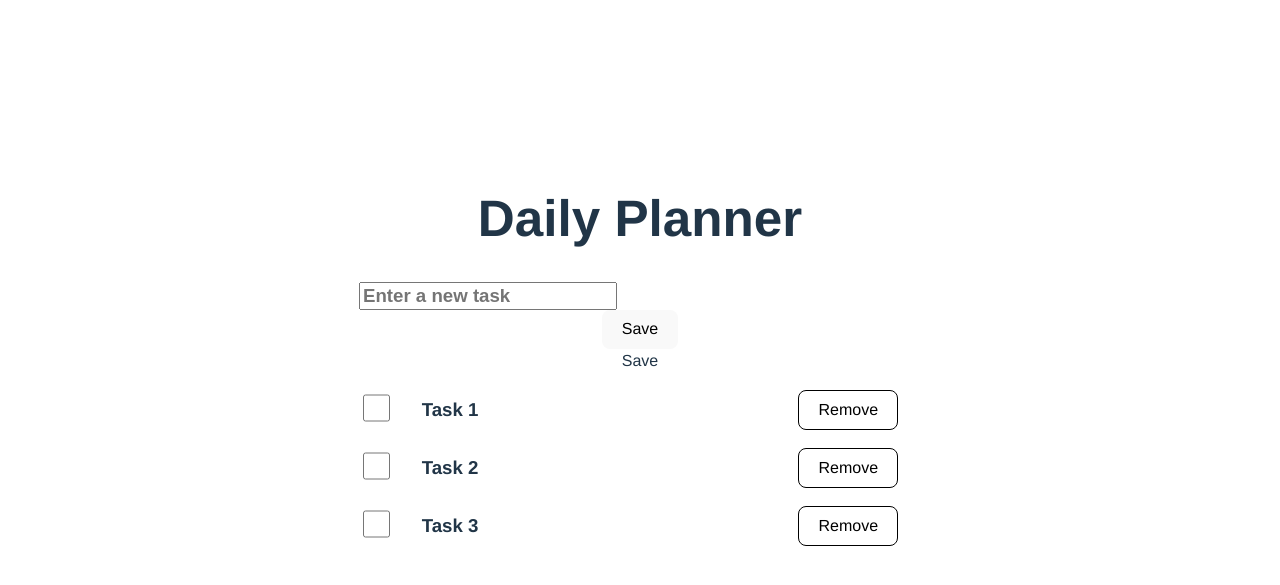
Repository: MonicaNguyenH/Frontend_Assignment6
Page: / (app in react/)
The author's editor kept a copy of each file at every save. The page is drawn from the files as they stood at one save, then again after the next save.
The browser window is 1280 px wide. The pictures show the whole page.
The project was rebuilt for these pictures with package versions that can differ from the ones it lists, and the page was loaded fresh each time. Also part of the build but not shown: react/vite.config.js.

Above is the page before, as saved 2024-10-10 23:53:43.

### react/src/App.jsx
// import { useState } from 'react'
import { useState } from 'react';
import './App.css'
import Task from './components/Task'
import TaskForm from './components/TaskForm';

function App() {
    const [task, setTask] = useState([]);

    const addTask = (newTask) => {
      setTask([...task, newTask]);
    };

  return (
    <>
      <div>
        <h1>Daily Planner</h1>
        <div>
          <TaskForm addTask={addTask} /> {/* Pass addTask to TaskForm */}
          {task.map((task) => (
            <Task key={task.id} name={task.name} />
          ))}
        </div>
        <Task name="Task 1" />
        <Task name="Task 2" />
        <Task name="Task 3" />
      </div>
    </>
  )
}

export default App

### react/src/App.css
#root {
  max-width: 1280px;
  margin: 0 auto;
  padding: 2rem;
  text-align: center;

  font-family: Helvetica, sans-serif;
}

.task {
  display: flex;
  flex-direction: row;
  align-items: center;
  margin: 1em;

  width: 100%;
  min-width: 10rem;
}

#checkbox {
  margin-right: 1rem;
  width: 2em;
  height: 2rem;
  accent-color: pink;
}

#task-name {
  margin: 0 20rem 0 1rem;
  font-weight: bold;
  font-size: 14pt;
}

.task-delete {
  border: 1px solid black;
  background-color: white;
  border-radius: 15;
  cursor: pointer;
}

.task-delete:hover {
  border: 1px solid pink;
}

### react/src/components/Task.jsx
import { useState, useEffect, useRef } from "react";

export default function Task({name}){

    // check box section
    // Ref for the checkbox and task name elements
    const checkboxRef = useRef(null);
    const taskNameRef = useRef(null);

    useEffect(() => {
        const checkbox = checkboxRef.current;
        const crossText = taskNameRef.current;

        if (checkbox&&crossText) {
            const handleCheckBoxChange = () => {
                if(checkbox.checked) {
                    crossText.style.textDecoration = "line-through";
                } else {
                    crossText.style.textDecoration = "none";
                }
            };

            checkbox.addEventListener("change", handleCheckBoxChange);

            // cleanup listener
            return () => {
                checkbox.removeEventListener("change", handleCheckBoxChange);
            };

        }
    });

    // remove button section
    const [visible, setVisible] = useState(true);
    const removeTask = () => {
        setVisible(false);
    };

    if (!visible) {
        return null;
    }

    return (
        <>
            <div className="task">
                <label for="checkbox">
                    <input type="checkbox"
                        id="checkbox"
                        ref={checkboxRef}
                    />
                </label>
                <p id="task-name" ref={taskNameRef}>{name}</p>
                <button
                    className="task-delete"
                    onClick={removeTask}>
                        Remove
                </button>
            </div>

        </>
    );
}

### react/src/components/TaskForm.jsx
import { useState } from "react";
import { nanoid } from 'nanoid';

// const taskTemplate = {
//     name: 'new task'
// };

export default function TaskForm({addTask}) {
    const [taskName, setTaskName] = useState(''); // state for the task input
    const [editing, setEditing] = useState(false); // editing task

    // form submission
    const handleSubmit = (e) => {
        e.preventDefault(); // the form submission will be handled by JavaScript instead of triggering a page refresh
        if (taskName.trim()) { // checks if the taskName (the text the user entered) is not an empty string after trimming whitespace
            addTask({
                id: nanoid(),
                name: taskName
            });
            setTaskName(''); // clear the input field
            //setEditing(false); // close the form after saving
        }
    }

    return (
        <>
            <form onSubmit={handleSubmit}>
                <div className="formContainer">
                    <input
                        id="task-name"
                        name="task-name"
                        type="text"
                        value={taskName}
                        onChange={(e) => setTaskName(e.target.value)}
                        placeholder="Enter a new task"
                    />
                </div>
                <div className="btn-group">
                    <button type="submit" className="btn-save">Save</button>
                </div>
            </form>

            <div
                className="btn-save"
                onClick={() => setEditing('task')}
            >
                Save
            </div>
        </>
    )
}

Loaded but not shown: react/index.html (common file); react/src/main.jsx (common file); react/src/index.css (common file)

After the next save:
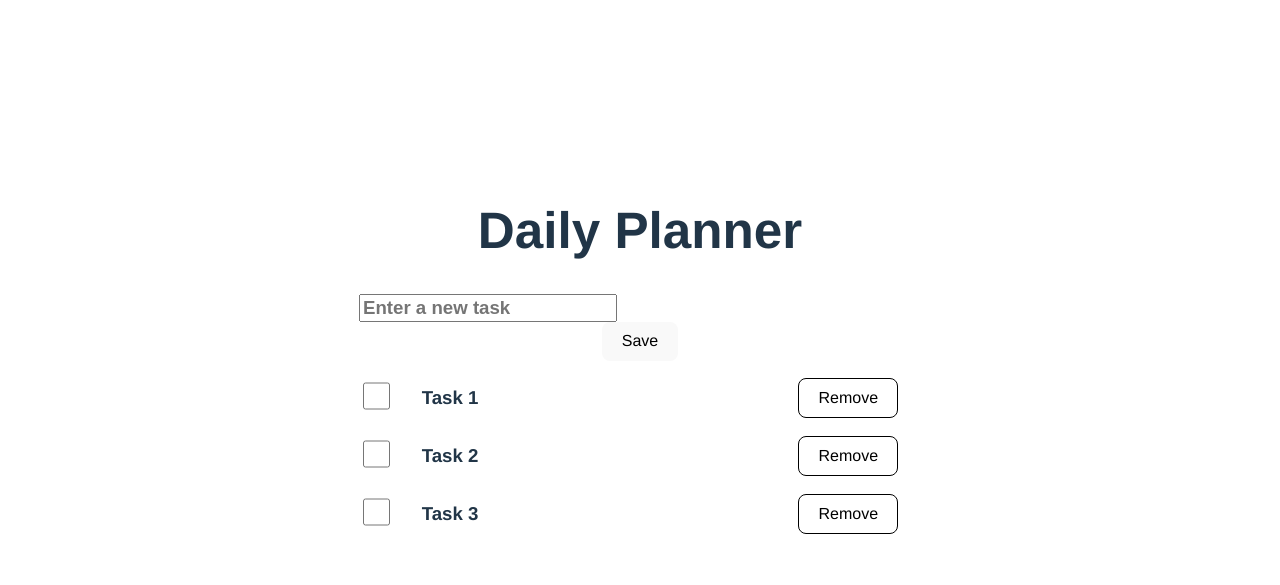
Saved 18 s later.
--- a/react/src/components/TaskForm.jsx
+++ b/react/src/components/TaskForm.jsx
@@ -43,9 +43,7 @@ export default function TaskForm({addTask}) {
             <div
                 className="btn-save"
                 onClick={() => setEditing('task')}
-            >
-                Save
-            </div>
+            ></div>
         </>
     )
 }
